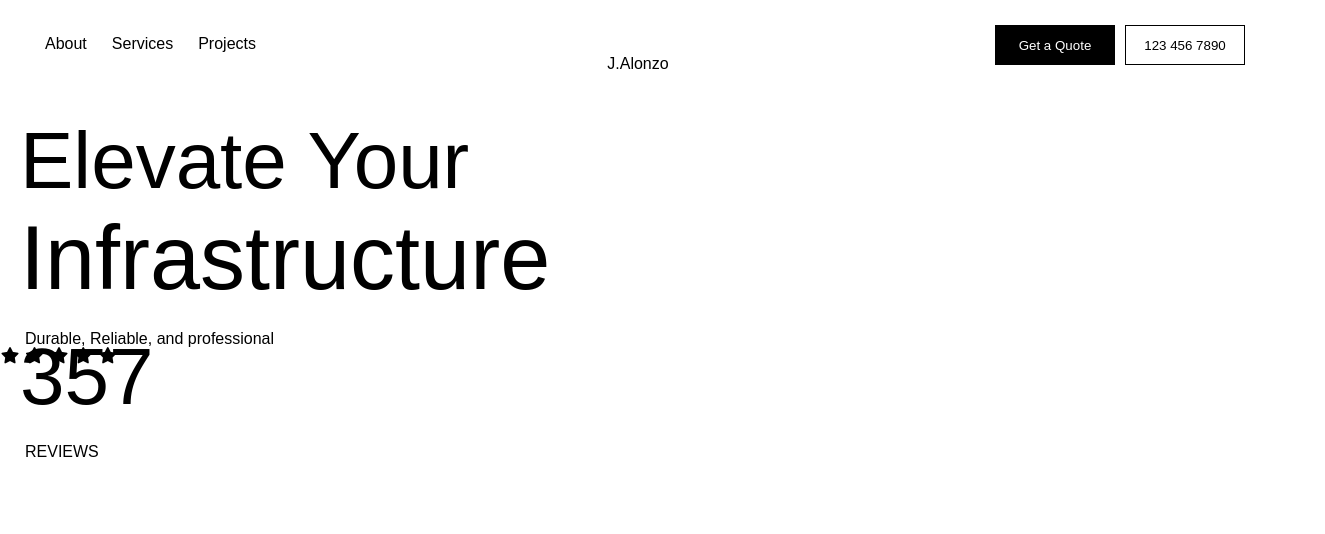
Repository: ttkkaa/HTML-CSS-16
Page: index.html
These files come from the project's save history. The page is drawn as it stood at one moment and after the next save; the edit follows.
The browser window is 1280 px wide. The page is 1325 px wide, so the pictures cover 1325 px, including what lies to the right of the window. The pictures show the whole page.
Some web libraries are served in a nearby version.

Above is the page before, as saved 2025-12-05 20:02:01.

### index.html
<!DOCTYPE html>
<html lang="en">
<head>
    <meta charset="UTF-8">
    <meta name="viewport" content="width=device-width, initial-scale=1.0">
    <title>Document</title>
    <link rel="stylesheet" href="./style.css">
    <link rel="stylesheet" href="https://cdnjs.cloudflare.com/ajax/libs/font-awesome/7.0.1/css/all.min.css" integrity="sha512-2SwdPD6INVrV/lHTZbO2nodKhrnDdJK9/kg2XD1r9uGqPo1cUbujc+IYdlYdEErWNu69gVcYgdxlmVmzTWnetw==" crossorigin="anonymous" referrerpolicy="no-referrer" />
</head>
<body>

    <nav>
        <ul>
            <li><a href="">About</a></li>
            <li><a href="">Services</a></li>
            <li><a href="">Projects</a></li>
        </ul>

        <p>J.Alonzo</p>

        <div class="btns">
        <button class="btn">Get a Quote</button>
        <button class="btn1">123 456 7890</button>
        </div>
    </nav>

    <h1>Elevate Your <br> <span> Infrastructure</span> </h1>
    <p>Durable, Reliable, and professional</p>

    <section>
        <div class="left">
            <div class="yellowCard">
                <div class="stars">
                    <i class="fa-solid fa-star"></i>
                    <i class="fa-solid fa-star"></i>
                    <i class="fa-solid fa-star"></i>
                    <i class="fa-solid fa-star"></i>
                    <i class="fa-solid fa-star"></i>

                </div>
                <h1>357</h1>
                <p>REVIEWS</p>
            </div>
        </div>
    </section>
</body>
</html>

### style.css
* {
    margin: 0;
    padding: 0;
    box-sizing: border-box;
    font-family: Arial, Helvetica, sans-serif;
    font-weight: 100;
}

nav {
    width: 100%;
    height: 80px;
    display: flex;
    justify-content: space-between;
    margin: 35px 45px;
}

.btns {
    margin-right: 80px;
    display: flex;
    gap: 10px;
    margin-top: -10px;
}

nav ul {
    display: flex;
    list-style: none;
    gap: 25px;
}

nav ul li a {
    text-decoration: none;
    color: black;
}

.btn {
    width: 120px;
    height: 40px;
    background-color: black;
    color: white;
    border: none;
}

.btn1 {
    width: 120px;
    height: 40px;
    background-color: transparent;
    border: 1px solid black;
}

h1 {
    margin-top: -35px;
    margin-left: 20px ;
    font-size: 80px;
}

h1 span {
    font-size: 90px;
}

p {
    margin-left: 25px;
    margin-top: 20px;
}

After the next save:
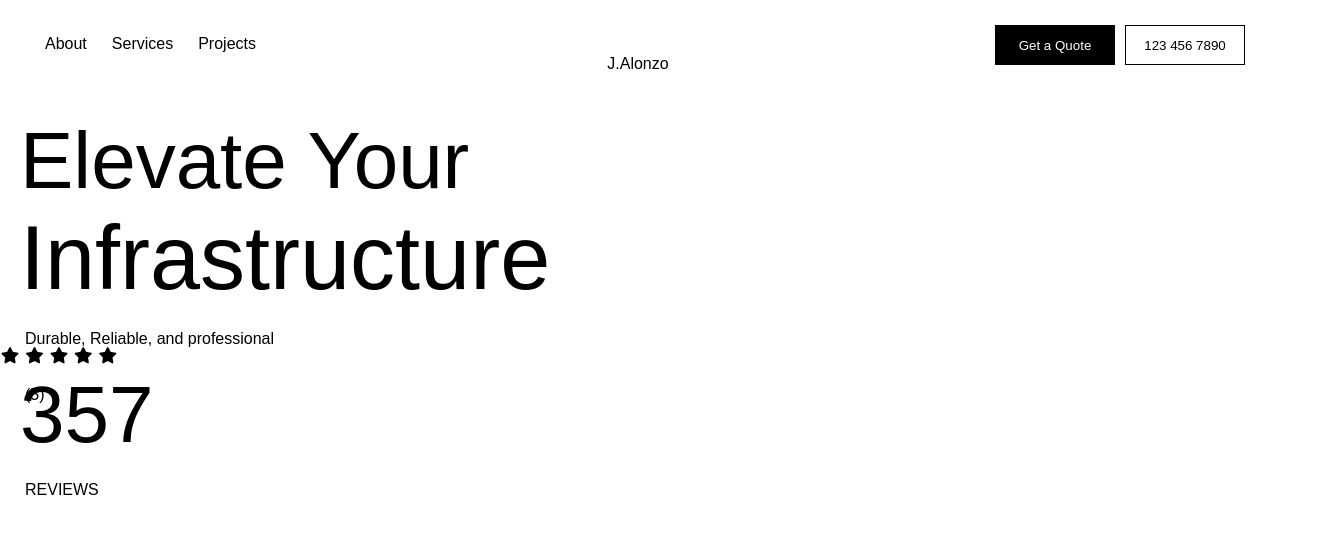
Saved 9 s later.
--- a/index.html
+++ b/index.html
@@ -36,7 +36,7 @@
                     <i class="fa-solid fa-star"></i>
                     <i class="fa-solid fa-star"></i>
                     <i class="fa-solid fa-star"></i>
-
+                    <p>(5)</p>
                 </div>
                 <h1>357</h1>
                 <p>REVIEWS</p>
